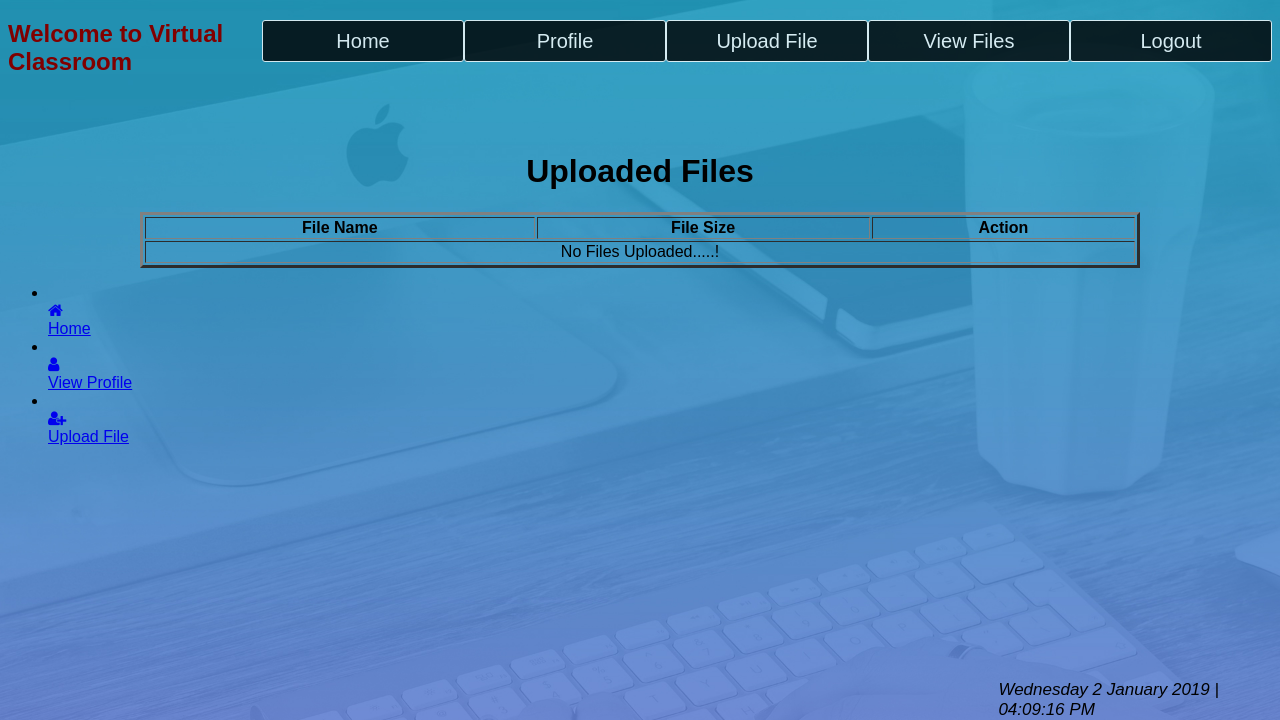
Repository: Rajendra1998/Virtual_classroom_mvc_project
Page: http://localhost/Virtual_classroom/display_files.jsp
An editor plug-in stored every save of this project. The page is shown before and after the next save, followed by the edit.
The browser window is 1280 px wide. The pictures show the whole page.
The page is served by Tomcat 9. The template is opened directly, without the code that normally fills it, so the values that code supplies are empty.

Above is the page before, as saved 2019-01-13 17:54:56.

After the next save:
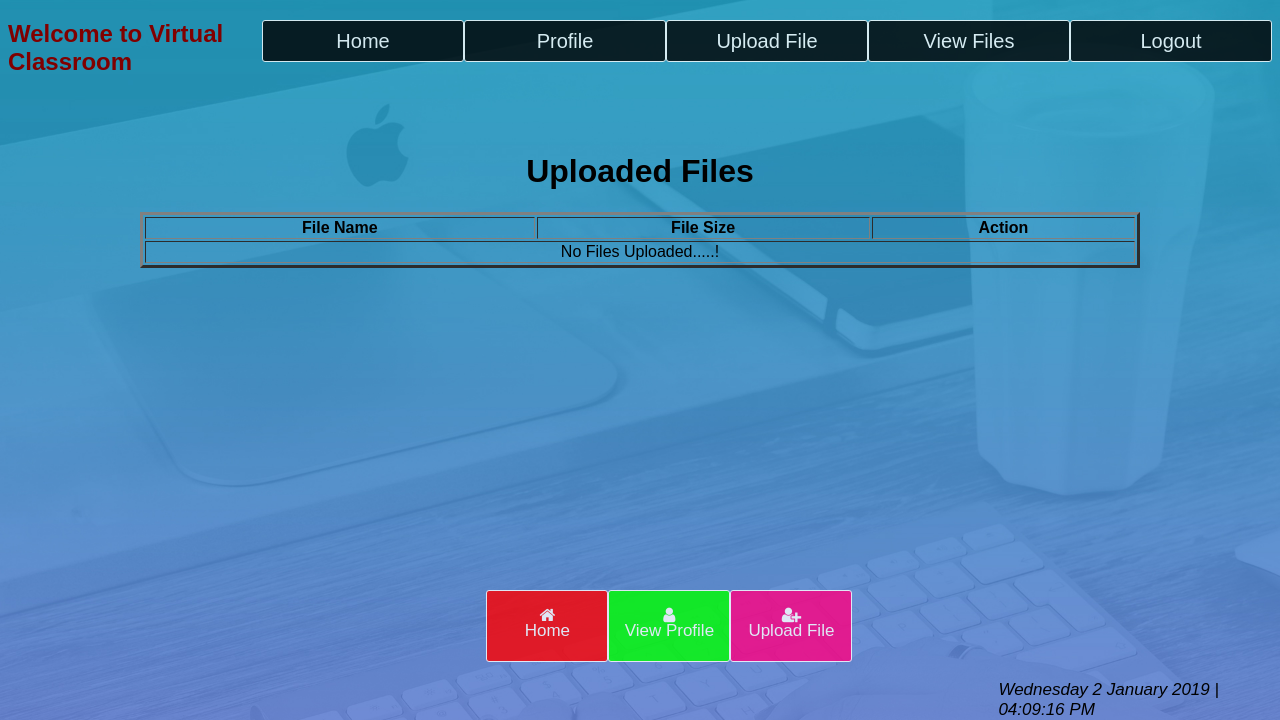
Saved 2 min 13 s later.
--- a/Virtual_classroom/WebContent/display_files.jsp
+++ b/Virtual_classroom/WebContent/display_files.jsp
@@ -215,6 +215,7 @@
 
          </div>
          </center>
+         <div class="menu1">
          <nav>
 			<ul>
 				<li class="home"><a href="Faculty_logged.jsp"><br><i class="fa fa-home" aria-hidden="true"></i><br>Home</a></li>
